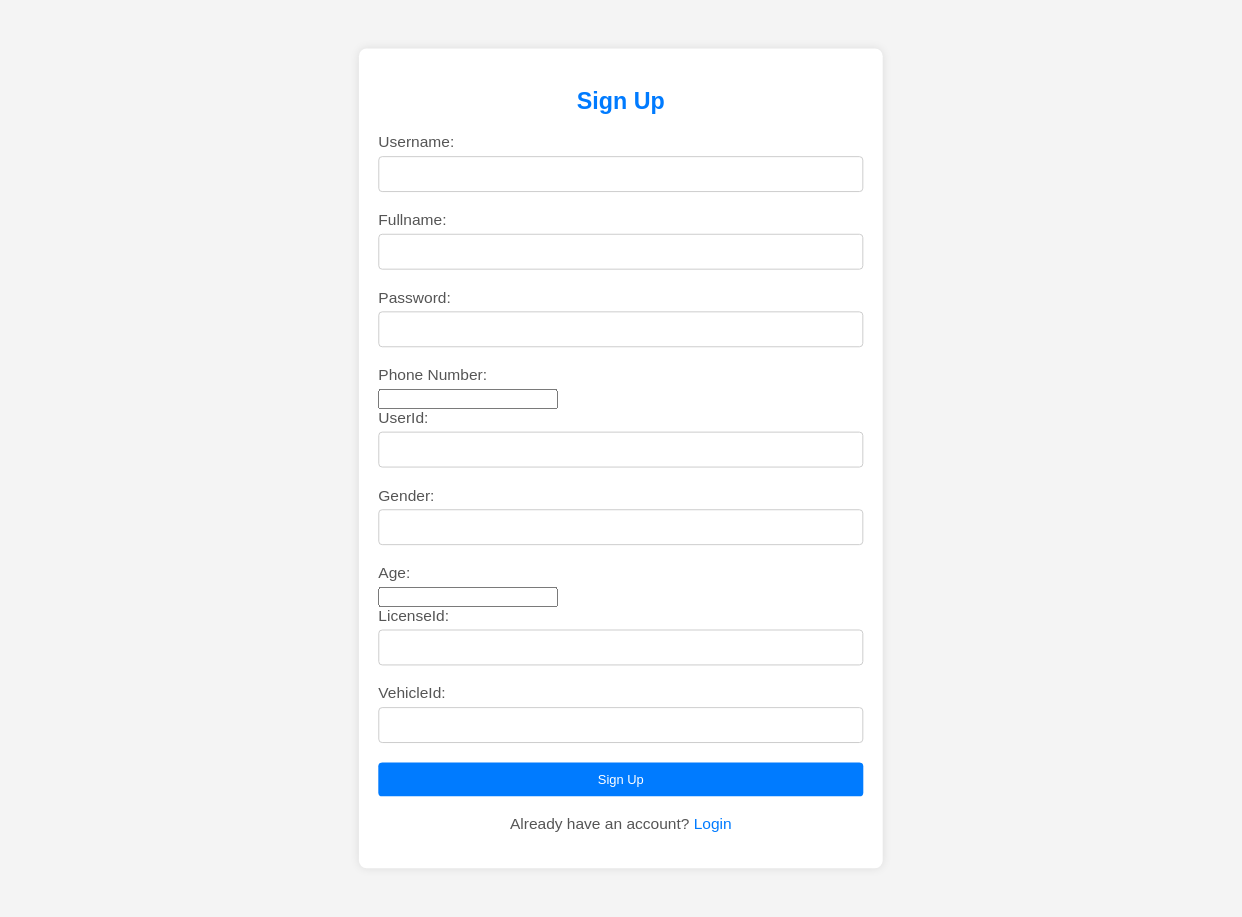
Repository: suryavishakan/parking_management
Page: http://localhost/signup
The author's editor kept a copy of each file at every save. The page is drawn from the files as they stood at one save, then again after the next save.
The browser window is 1280 px wide. The pictures show the whole page, at 97% of full size.
The page is served by the project's application, run on Flask 3 (app.py).

Above is the page before, as saved 2024-04-20 13:59:45.

### templates/signup.html
<!DOCTYPE html>
<html lang="en">
<head>
    <meta charset="UTF-8">
    <meta name="viewport" content="width=device-width, initial-scale=1.0">
    <title>Sign Up</title>
    <style>
        body {
            font-family: Arial, sans-serif;
            margin: 0;
            padding: 0;
            background-color: #f4f4f4;
        }
        .container {
            width: 100%;
            max-width: 500px;
            margin: 50px auto;
            padding: 20px;
            background-color: #fff;
            border-radius: 8px;
            box-shadow: 0 0 10px rgba(0, 0, 0, 0.1);
        }
        h2 {
            text-align: center;
            margin-bottom: 20px;
            color: #007bff;
        }
        form {
            margin-bottom: 20px;
        }
        label {
            display: block;
            margin-bottom: 5px;
            color: #555;
        }
        input[type="text"],
        input[type="password"],
        input[type="phoneNumber"] {
            width: 100%;
            padding: 10px;
            margin-bottom: 20px;
            border: 1px solid #ccc;
            border-radius: 4px;
            box-sizing: border-box;
        }
        button[type="submit"] {
            background-color: #007bff;
            color: #fff;
            border: none;
            padding: 10px 20px;
            border-radius: 4px;
            cursor: pointer;
            width: 100%;
        }
        button[type="submit"]:hover {
            background-color: #0056b3;
        }
        p {
            text-align: center;
            color: #555;
        }
        a {
            color: #007bff;
            text-decoration: none;
        }
        a:hover {
            text-decoration: underline;
        }
        .error-message {
            color: red;
            margin-top: 5px;
        }
    </style>
</head>
<body>
    <div class="container">
        <h2>Sign Up</h2>
        {% with messages = get_flashed_messages() %}
            {% if messages %}
                <ul>
                    {% for message in messages %}
                        <li class="error-message">{{ message }}</li>
                    {% endfor %}
                </ul>
            {% endif %}
        {% endwith %}
        <form action="{{ url_for('signup') }}" method="POST">
            <label for="username">Username:</label>
            <input type="text" id="username" name="username" required>
            <label for="fullname">Fullname:</label>
            <input type="text" id="fullname" name="fullname" required>
            <label for="password">Password:</label>
            <input type="password" id="password" name="password" required>
            <label for="phoneNumber">Phone Number:</label>
            <input type="tel" id="phoneNumber" name="phoneNumber" required pattern="[0-9]{10}">
            <label for="userId">UserId:</label>
            <input type="text" id="userId" name="userId" required>
            <label for="gender">Gender:</label>
            <input type="text" id="gender" name="gender" required>
            <label for="age">Age:</label>
            <input type="number" id="age" name="age" required>
            <label for="licenseId">LicenseId:</label>
            <input type="text" id="licenseId" name="licenseId" required>
            <label for="vechileId">VehicleId:</label>
            <input type="text" id="vehicleId" name="vehicleId" required>
            <button type="submit">Sign Up</button>
        </form>
        <p>Already have an account? <a href="{{ url_for('login') }}">Login</a></p>
    </div>
</body>
</html>

### app.py
from flask import Flask, Response, request, render_template, jsonify, redirect, url_for, request, flash, session
import pymongo
import secrets
import json
from bson.objectid import ObjectId
from bson.json_util import dumps
from functools import wraps

app=Flask(__name__ , template_folder='templates')
app.secret_key = secrets.token_hex(32)

try:
    mongo = pymongo.MongoClient(
        host = 'localhost',
        port = 27017,
        serverSelectionTimeoutMS = 1000
    )
    db = mongo.ParkingManagementSystemDb #connect to mongodb1
    users_collection = db.admin
    user_collection = db["customer"]
    #cart_collection = db["cart"]
    mongo.server_info() #trigger exception if cannot connect to db
except:
    print("Error connecting to MongoDB")

@app.route('/get/admin', methods=['GET'])
def displayall():
  try:
    documents = db.admin.find()
    output = [{item: data[item] for item in data if item != '_id'} for data in documents]
    return jsonify(output)
  except Exception as ex:
    response = Response("Search Records Error!!",status=500,mimetype='application/json')
    return response

# Route for signup page
@app.route('/signup', methods=['GET', 'POST'])
def signup():
    if request.method == 'POST':
        # Get form data
        username = request.form['username']
        password = request.form['password']

        # Check if username already exists
        if user_collection.find_one({'username': username}):
            flash('Username already exists. Please choose a different one.', 'error')
            return redirect(url_for('signup'))

        # Insert user data into database
        user_data = {'username': username, 'password': password}
        user_collection.insert_one(user_data)

        flash('Signup successful. You can now login.', 'success')
        return redirect(url_for('login'))

    return render_template('signup.html')

# Route to get an employee by name
@app.route('/get/user/<user_name>', methods=['GET'])
def get_user_by_name(user_name):
    try:
        # Using a case-insensitive query to match employee name
        document = db.user.find_one({"user_name": {"$regex": f'^{user_name}$', "$options": 'i'}})

        if document:
            # Exclude _id field from the response
            output = {item: document[item] for item in document if item != '_id'}
            return jsonify(output)
        else:
            return Response("USER not found", status=404, mimetype='application/json')

    except Exception as ex:
        app.logger.error(f"Error retrieving user by name: {ex}")
        return Response("Internal Server Error", status=500, mimetype='application/json')

# Route to get all employees
@app.route('/get/allusers', methods=['GET'])
def get_all_users():
    try:
        # Fetch all documents from the 'employee' collection
        documents = db.user.find()

        # Format the response excluding the _id field
        output = [{item: data[item] for item in data if item != '_id'} for data in documents]

        return jsonify(output)

    except Exception as ex:
        app.logger.error(f"Error retrieving all employees: {ex}")
        return Response("Internal Server Error", status=500, mimetype='application/json')

# Route to update employee details by name
@app.route('/update/user/<user_name>', methods=['PUT'])
def update_user_by_name(user_name):
    try:
        # Using a case-insensitive query to match employee name
        result = db.user.update_one(
            {"employee_name": {"$regex": f'^{user_name}$', "$options": 'i'}},
            {"$set": request.get_json()}
        )

        if result.modified_count > 0:
            return Response("User details updated successfully", status=200, mimetype='application/json')
        else:
            return Response("User not found", status=404, mimetype='application/json')

    except Exception as ex:
        app.logger.error(f"Error updating User details by name: {ex}")
        return Response("Internal Server Error", status=500, mimetype='application/json')

@app.route('/')
def homePage():
    try:
        # Fetch all products from the database
        products_cursor = db.product.find()

        # Convert the cursor to a list of dictionaries
        products = list(products_cursor)

        return render_template('homePage.html', products=products)
    except Exception as ex:
        app.logger.error(f"Error fetching products: {ex}")
        flash('Error fetching products', 'error')
        return render_template('homePage.html', products=[])

# Flask route to render the profile page
@app.route('/profile')
def profile():
    try:
        # Assuming you have a collection named 'users' in your MongoDB
        # Fetch user details from the 'users' collection
        user = db.user.find_one({'username': session['username']})

        if user:
            # Render the profile template with the user details
            return render_template('profile.html', user=user)
        else:
            flash('User details not found', 'error')
            return redirect(url_for('login'))
    except Exception as ex:
        app.logger.error(f"Error fetching user details: {ex}")
        flash('Error fetching user details', 'error')
        return redirect(url_for('login'))

@app.route('/select_user_type', methods=['POST'])
def select_user_type():
    user_type = request.form.get('userType')

    if user_type == 'admin':
        return redirect(url_for('login'))
    elif user_type == 'user':
        return redirect(url_for('login'))
    else:
        flash('Invalid user type selected', 'error')
        return redirect(url_for('index'))

# Update the Flask route for handling login
@app.route('/login', methods=['GET', 'POST'])
def login():
    if request.method == 'POST':
        username = request.form.get('username')
        password = request.form.get('password')

        # Query MongoDB for admin details
        admin_user = users_collection.find_one({'username': username, 'password': password})

        if admin_user:
            # Store admin credentials in the session
            session['username'] = username
            session['password'] = password

            return redirect(url_for('admin_panel'))
        else:
            # Query MongoDB for user details
            user_user = db.user.find_one({'username': username, 'password': password})

            if user_user:
                # Store user credentials in the session
                session['username'] = username
                session['password'] = password

                return redirect(url_for('user_details'))
            else:
                flash('Invalid username or password', 'error')

    return render_template('login.html')


# New route for employee details
@app.route('/user_details')
def user_details():
    # Check if user is authenticated as an employee
    try:
    # if 'username' in session and 'password' in session == 'employee':
        # Fetch employee details based on the stored credentials
        user = db.user.find_one({'username': session['username'], 'password': session['password']})

        if user:
            return render_template('user_details.html', user=user)
        else:
            flash('Unauthorized access', 'error')
            return redirect(url_for('login'))

    except Exception as ex:
        app.logger.error(f"Error fetching user data: {ex}")
        flash(f'Error fetching user data: {ex}', 'error')

    return render_template('user_details.html', user={})

# Route to render the update employee page
@app.route('/update_user/<user_name>', methods=['GET', 'POST'])
def update_user_page(user_name):
    try:
        # Fetch the employee details from the database using the employee name
        user = db.user.find_one({"user_name": {"$regex": f'^{user_name}$', "$options": 'i'}})

        if user:
            # Render the update employee page with the employee details
            return render_template('update_user.html', user=user)
        else:
            return Response("User not found", status=404, mimetype='application/json')

    except Exception as ex:
        app.logger.error(f"Error rendering update_user page: {ex}")
        return Response("Internal Server Error", status=500, mimetype='application/json')

# Route to handle the form submission for updating employee details
@app.route('/submit_update_user/<user_name>', methods=['POST'])
def submit_update_user(user_name):
    try:
        # Use the employee name parameter to identify the employee being updated
        user_name = user_name

        # Update the employee details in the database using request.form.to_dict()
        updated_user_data = request.form.to_dict()

        # Assuming you have a 'employee' collection in your MongoDB
        result = db.user.update_one(
            {"user_name": {"$regex": f'^{user_name}$', "$options": 'i'}},
            {"$set": request.form.to_dict()}
        )

        if result.modified_count > 0:
            flash('user details updated successfully', 'success')
        else:
            flash('user not found', 'error')

    except Exception as ex:
        app.logger.error(f"Error updating user details: {ex}")
        flash('Error updating user details', 'error')

    # Redirect to the admin page after the update
    return redirect(url_for('admin'))

# Route for admin panel
@app.route('/admin', methods=['GET', 'POST'])
def admin_panel():
    if 'username' in session and 'password' in session:
        # Check if the user is an admin
        admin_user = users_collection.find_one({'username': session['username'], 'password': session['password']})
        if admin_user:
            # Render the admin panel page
            return render_template('admin.html')

    # If user is not authenticated or not an admin, redirect to login page
    flash('Unauthorized access', 'error')
    return redirect(url_for('login'))


if __name__ == '__main__':
    app.run(port=5000, debug=True)

After the next save:
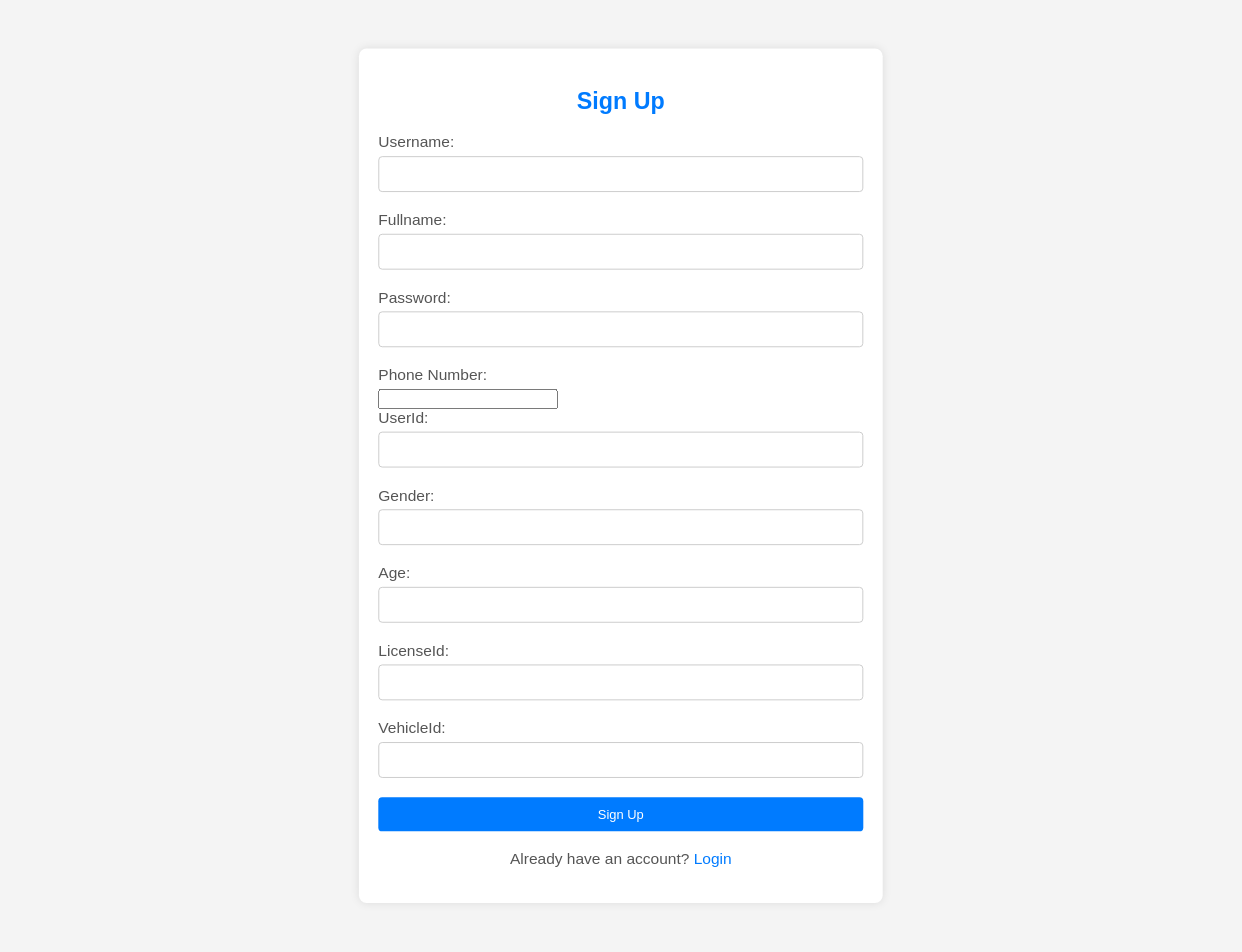
Saved 43 s later.
--- a/templates/signup.html
+++ b/templates/signup.html
@@ -98,7 +98,7 @@
             <label for="gender">Gender:</label>
             <input type="text" id="gender" name="gender" required>
             <label for="age">Age:</label>
-            <input type="number" id="age" name="age" required>
+            <input type="text" id="age" name="age" required>
             <label for="licenseId">LicenseId:</label>
             <input type="text" id="licenseId" name="licenseId" required>
             <label for="vechileId">VehicleId:</label>
